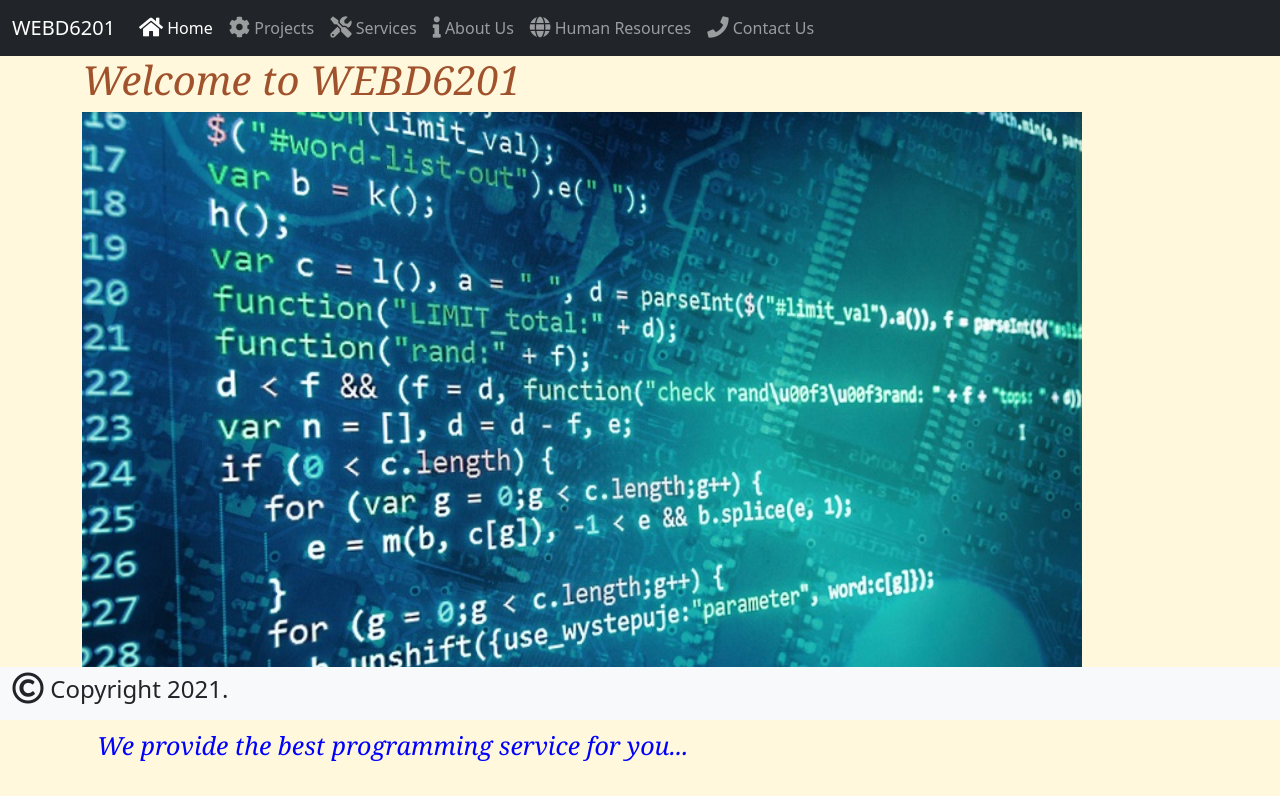
Repository: YiuWingLau/WEBD6201-W2021-Lab1
Page: index.html
These files come from the project's save history. The page is drawn as it stood at one moment and after the next save; the edit follows.
The browser window is 1280 px wide. The pictures show the whole page.

Above is the page before, as saved 2021-02-04 15:45:36.

### index.html
<!DOCTYPE html>
<html lang="en">
<head>
    <meta charset="UTF-8">
    <meta name="viewport" content="width=device-width, initial-scale=1.0">
    <title>Home</title>

    <!--CSS Section -->
    <link rel="stylesheet" href="./node_modules/bootstrap/dist/css/bootstrap.min.css">
    <link rel="stylesheet" href="./node_modules/@fortawesome//fontawesome-free/css/all.min.css">
    <link rel="stylesheet" href="./Content/app.css">
</head>
<body>
    <!-- Main Header-->
    <header>
      <!-- Main Navigation-->
        <nav class="navbar navbar-expand-lg navbar-dark bg-dark">
            <div class="container-fluid">
              <a class="navbar-brand" href="index.html">WEBD6201</a>
              <button class="navbar-toggler" type="button" data-bs-toggle="collapse" data-bs-target="#navbarSupportedContent" aria-controls="navbarSupportedContent" aria-expanded="false" aria-label="Toggle navigation">
                <span class="navbar-toggler-icon"></span>
              </button>
              <div class="collapse navbar-collapse" id="navbarSupportedContent">
                <ul class="navbar-nav me-auto mb-2 mb-lg-0">

                  <li id="navBarIndex" class="nav-item">
                    <a class="nav-link active" aria-current="page" href="index.html"><i class="fas fa-home fa-lg"></i> Home</a>
                  </li>

                  <li id="navBarProjects" class="nav-item">
                    <a class="nav-link" aria-current="page" href="products.html"><i class="fas fa-cog fa-lg"></i> Products</a>
                  </li>

                  <li id="navBarServices" class="nav-item">
                    <a class="nav-link" aria-current="page" href="services.html"><i class="fas fa-tools fa-lg"></i> Services</a>
                  </li>

                  <li id="navBarAboutUs" class="nav-item">
                    <a class="nav-link" aria-current="page" href="about.html"><i class="fas fa-info fa-lg"></i> About Us</a>
                  </li>

                  <li id="navBarContactUs" class="nav-item">
                    <a class="nav-link" aria-current="page" href="contact.html"><i class="fas fa-phone fa-lg"></i> Contact Us</a>
                  </li>

                    </li>
                </ul>
              </div>
            </div>
        </nav>
    </header>
    <!-- Main Content -->
    <main class="container">
        <h1>Welcome to WEBD6201</h1>
    </main>
    <!-- Main Footer -->
    <footer>
        <nav class="navbar fixed-bottom navbar-light bg-light">
            <div class="container-fluid">
              <h4><i class="far fa-copyright fa-lg"></i> Copyright 2021.</a></h4>
            </div>
        </nav>
    </footer>
    <!-- JavaScript Section -->
    <script src="./node_modules/jquery/dist/jquery.min.js"></script>
    <script src="./node_modules/bootstrap/dist/js/bootstrap.bundle.min.js"></script>
    <script src="./Scripts/app.js"></script>
</body>
</html>

### Content/app.css
h1 {

    color: sienna;
    font-family: Cambria, Cochin, Georgia, Times, 'Times New Roman', serif;
    font-style: italic;
}

p {
    padding: 15px;
    color: blue;
    font-family:Cambria, Cochin, Georgia, Times, 'Times New Roman', serif;
    font-style: italic;
    font-size: 25px;
    text-align: justify;
}

body {
    background-color: cornsilk;
}

#homePicture {
    width: 1000px;
    height: 600px;
}

### Scripts/app.js
/* custom JavaScript goes here */

//IIFE - Immediately Invoked Function Expression
//AKA - Anonymous Self-Executing Function
//Closure - limits scope leak

"use strict";

(function()
{
    function displayHome()
    {
        let myhomebackground = document.createElement("img");
        myhomebackground.setAttribute("id", "homePicture");
        myhomebackground.setAttribute("src", "./images/homepagebackground.jpg");
        myhomebackground.setAttribute("alt", "Computer Programmer");

        // Step 1. document.createElement
        let newParagraph = document.createElement("p");
        // Step 2. configure the element
        newParagraph.setAttribute("id", "paragraphTwo");
        newParagraph.textContent = "We provide the best programming service for you...";
        // Step 3. select the parent element
        let mainContent = document.getElementsByTagName("main")[0];
        mainContent.appendChild(myhomebackground);
        // Step 4. Add / Insert the element
        mainContent.appendChild(newParagraph);
        //newParagraph.className = "fs-6";
    }

    function displayAbout()
    {
        //create new element Human Resources
        let myPicture = document.createElement("img");
        myPicture.setAttribute("id", "myImage");
        myPicture.setAttribute("src", "./images/img_me.jpg");
        myPicture.setAttribute("alt", "Nelson Lau");
        myPicture.setAttribute("width", "192");
        myPicture.setAttribute("height", "108");

        // Step 1. document.createElement
        let ParagraphOne = document.createElement("p");
        // Step 2. configure the element
        ParagraphOne.setAttribute("id", "myIntroduction");
        ParagraphOne.textContent = "Here are my favourite projects.";
        // Step 3. select the parent element
        let mainContent = document.getElementsByTagName("main")[0];
        mainContent.appendChild(myPicture);
        // Step 4. Add / Insert the element
        mainContent.appendChild(ParagraphOne);
        ParagraphOne.className = "fs-lg";

    }

    function displayProjects()
    {
        // Step 1. document.createElement
        let newParagraph = document.createElement("p");
        // Step 2. configure the element
        newParagraph.setAttribute("id", "myprojects");
        newParagraph.textContent = "Here are my famourite projects.";
        // Step 3. select the parent element
        let mainContent = document.getElementsByTagName("main")[0];
        // Step 4. Add / Insert the element
        mainContent.appendChild(newParagraph);
        newParagraph.className = "fs-12";
    }

    function displayHumanResources()
    {

    }

    function displayServices()
    {

        // another way of injecting content
        let paragraphDiv = document.createElement("div");
        let paragraphThree = `<p id="paragraphThree" class="fs-7 fw-bold">And this is the Third Paragraph</p>`;
        paragraphDiv.innerHTML = paragraphThree;

        // insertions

        // example of inserting before a node
        // newParagraph.before(paragraphDiv);

        // example of inserting after a node
        newParagraph.after(paragraphDiv);

        // deletions

        // example of removing a single element
        //paragraphOneElement.remove();

        // example of removeChild
       // mainContent.removeChild(paragraphOneElement);
        // update / modification
        //mainContent.firstElementChild.textContent = "Welcome Home!";
    }

    function displayContact()
    {
        let messageArea = document.getElementById("messageArea");
        messageArea.hidden = true;

        // form validation
        let fullName = document.getElementById("fullName");
        fullName.addEventListener("blur", function() {
            if(fullName.value.length < 2)
            {
                fullName.focus();
                fullName.select();
                messageArea.hidden = false;
                messageArea.className = "alert alert-danger";
                messageArea.textContent = "Please enter an appropriate Name";
            }
            else
            {
                messageArea.removeAttribute("class");
                messageArea.hidden = true;
            }
        });

        let sendButton = document.getElementById("sendButton");
        sendButton.addEventListener("click", function(event){
            //event.preventDefault();

            let contact = new Contact(fullName.value, contactNumber.value, emailAddress.value);

            if(contact.serialize())
            {
              localStorage.setItem((localStorage.length + 1).toString(), contact.serialize());
            }

        });
    }

    function displayContactList()
    {
      if (localStorage.length > 0)
      {
        let contactList = document.getElementById("contactList");

        let data = "";

        for (let index = 0; index < localStorage.length; index++)
        {
          let contactData = localStorage.getItem((index + 1).toString());

          let contact = new Contact();
          contact.deserialize(contactData);

          data += `<tr>
          <th scope="row">${index + 1}</th>
          <td>${contact.FullName}</td>
          <td>${contact.ContactNumber}</td>
          <td>${contact.EmailAddress}</td>
        </tr>`;
        }

        contactList.innerHTML = data;
      }
    }

    // function to correct the wrong link and text content in navigation bar
    function changeNavBarName()
    {
        let navName = document.getElementById("navBarProjects");
        navName.innerHTML = `<a class='nav-link' aria-current='page' href='projects.html'><i class="fas fa-cog fa-lg"></i> Projects</a>`;
    }

    // function to add Human Resource element to Nav Bar between About Us and Contact Us
    function addNewNavBarElement()
    {
        //create new element Human Resources
        let newListElement = document.createElement("li");
        newListElement.setAttribute("id", "navBarHumanResources");
        newListElement.setAttribute("class", "nav-item");
        newListElement.innerHTML = `<a class='nav-link' aria-current='page' href='Human-Resources.html'><i class="fas fa-globe fa-lg"></i> Human Resources</a>`;
        // append new element after About Us
        let aboutUsListElement = document.getElementById("navBarAboutUs");
        aboutUsListElement.after(newListElement);
    }

    function Start()
    {
        console.log("App Started...");

        changeNavBarName();

        addNewNavBarElement();

        switch (document.title)
        {
          case "Home":
              displayHome();
            break;
          case "About":
              displayAbout();
            break;
          case "Projects":
              displayProjects();
            break;
          case "Human Resources":
              displayHumanResources();
            break;
          case "Services":
              displayServices();
            break;
          case "Contact":
              displayContact();
            break;
          case "Contact-List":
            displayContactList();
          break;
        }

    }

    window.addEventListener("load", Start);

})();

Loaded but not shown: node_modules/bootstrap/dist/css/bootstrap.min.css (library); node_modules/@fortawesome/fontawesome-free/css/all.min.css (library); node_modules/jquery/dist/jquery.min.js (library); node_modules/bootstrap/dist/js/bootstrap.bundle.min.js (library)

After the next save:
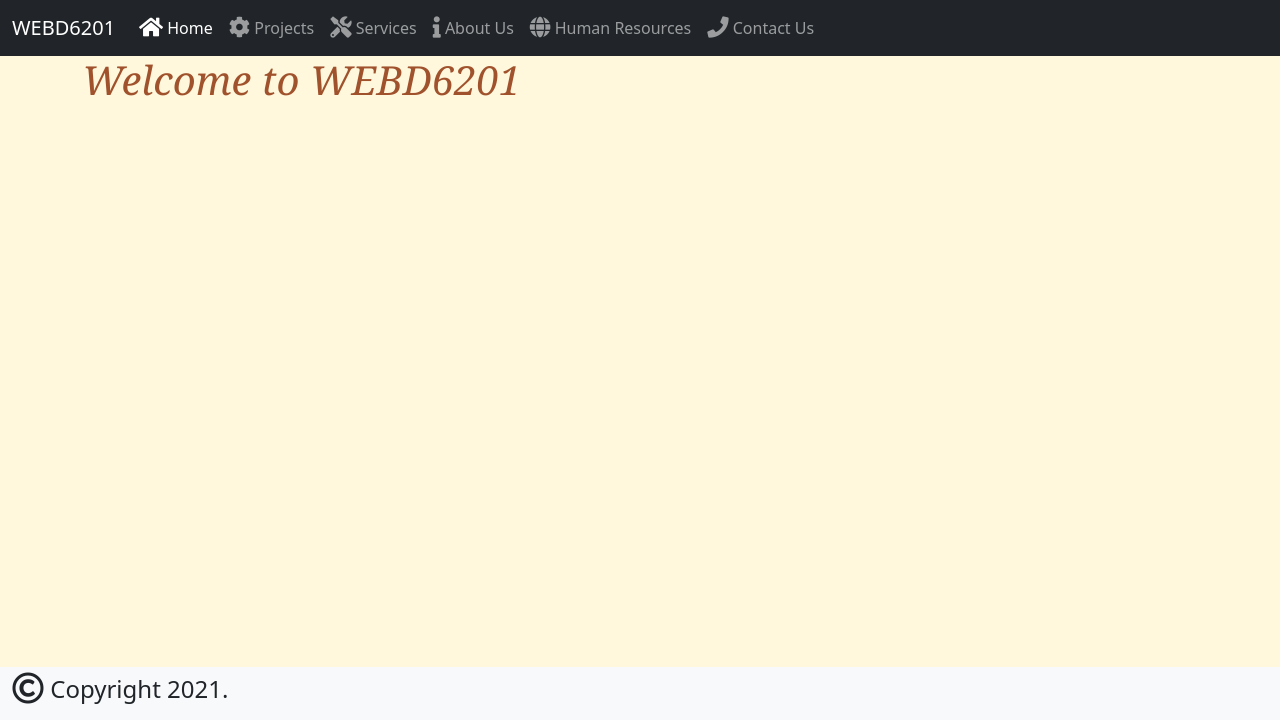
Console error: ReferenceError: Cannot access 'newParagraph' before initialization
Saved 16 min 17 s later.
--- a/Scripts/app.js
+++ b/Scripts/app.js
@@ -10,22 +10,28 @@
 {
     function displayHome()
     {
+      // create heading element
+      let homeHeading = document.createElement("h1");
+      // configure the element
+      newParagraph.setAttribute("id", "homeHeading");
+      newParagraph.textContent = "Welcome to WEBD6201";
+      // select the parent element
+      let mainContent = document.getElementsByTagName("main")[0];
+      // Add / Insert the element
+      mainContent.appendChild();
+
+      // inject the background image to the home pageinject the background image to the home page
         let myhomebackground = document.createElement("img");
         myhomebackground.setAttribute("id", "homePicture");
         myhomebackground.setAttribute("src", "./images/homepagebackground.jpg");
         myhomebackground.setAttribute("alt", "Computer Programmer");
-
-        // Step 1. document.createElement
+        mainContent.appendChild(myhomebackground);
+
+        // inject the first paragraph to the home page
         let newParagraph = document.createElement("p");
-        // Step 2. configure the element
-        newParagraph.setAttribute("id", "paragraphTwo");
+        newParagraph.setAttribute("id", "paragraphOne");
         newParagraph.textContent = "We provide the best programming service for you...";
-        // Step 3. select the parent element
-        let mainContent = document.getElementsByTagName("main")[0];
-        mainContent.appendChild(myhomebackground);
-        // Step 4. Add / Insert the element
         mainContent.appendChild(newParagraph);
-        //newParagraph.className = "fs-6";
     }
 
     function displayAbout()
